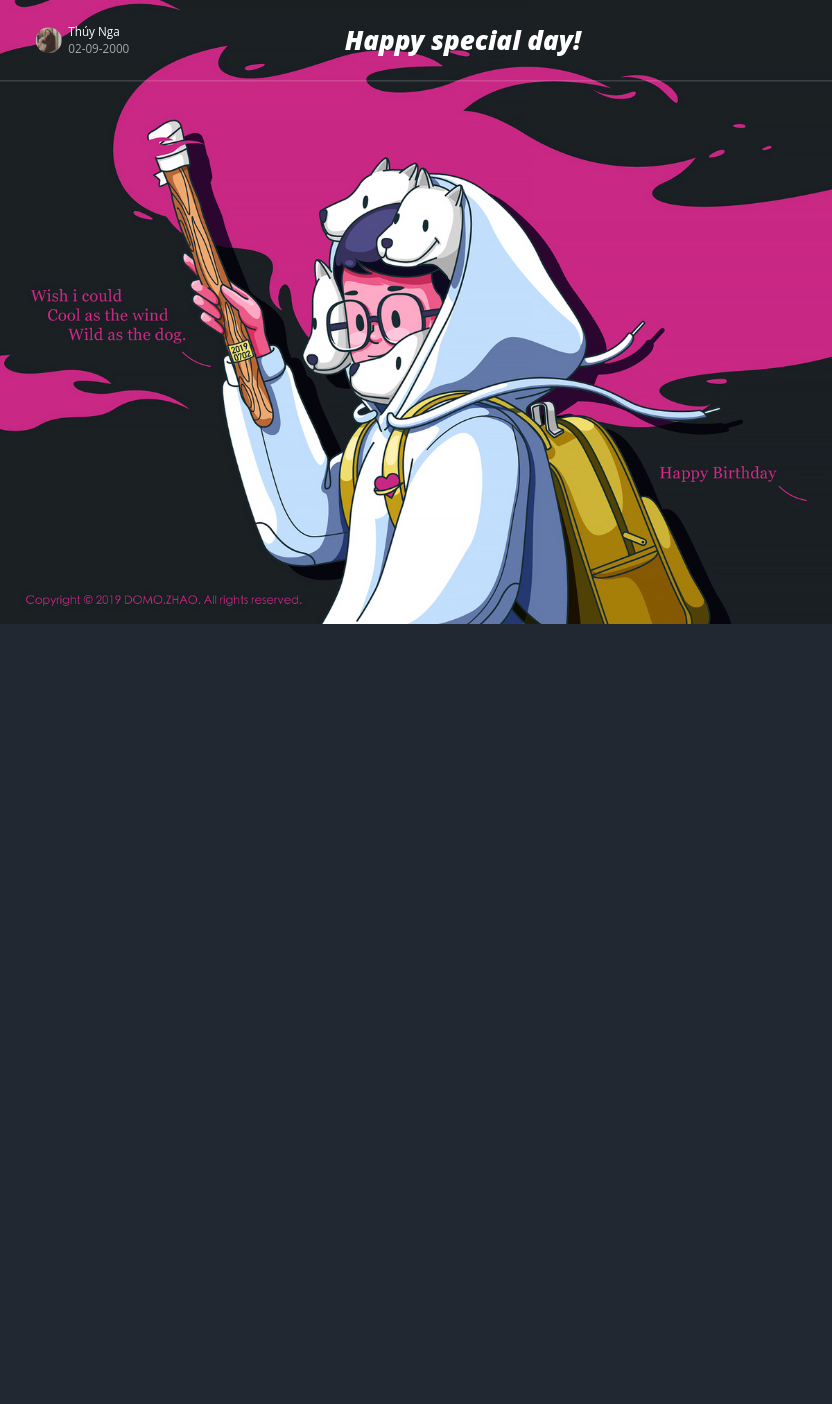
Repository: Datt21/p-happyB
Page: index.html
An editor plug-in stored every save of this project. The page is shown before and after the next save, followed by the edit.
The browser window is 1280 px wide. The pictures show the whole page, at 65% of full size.
Some icons come from a web library that is not loaded, so they are not drawn.

Above is the page before, as saved 2021-08-31 04:58:00.

After the next save:
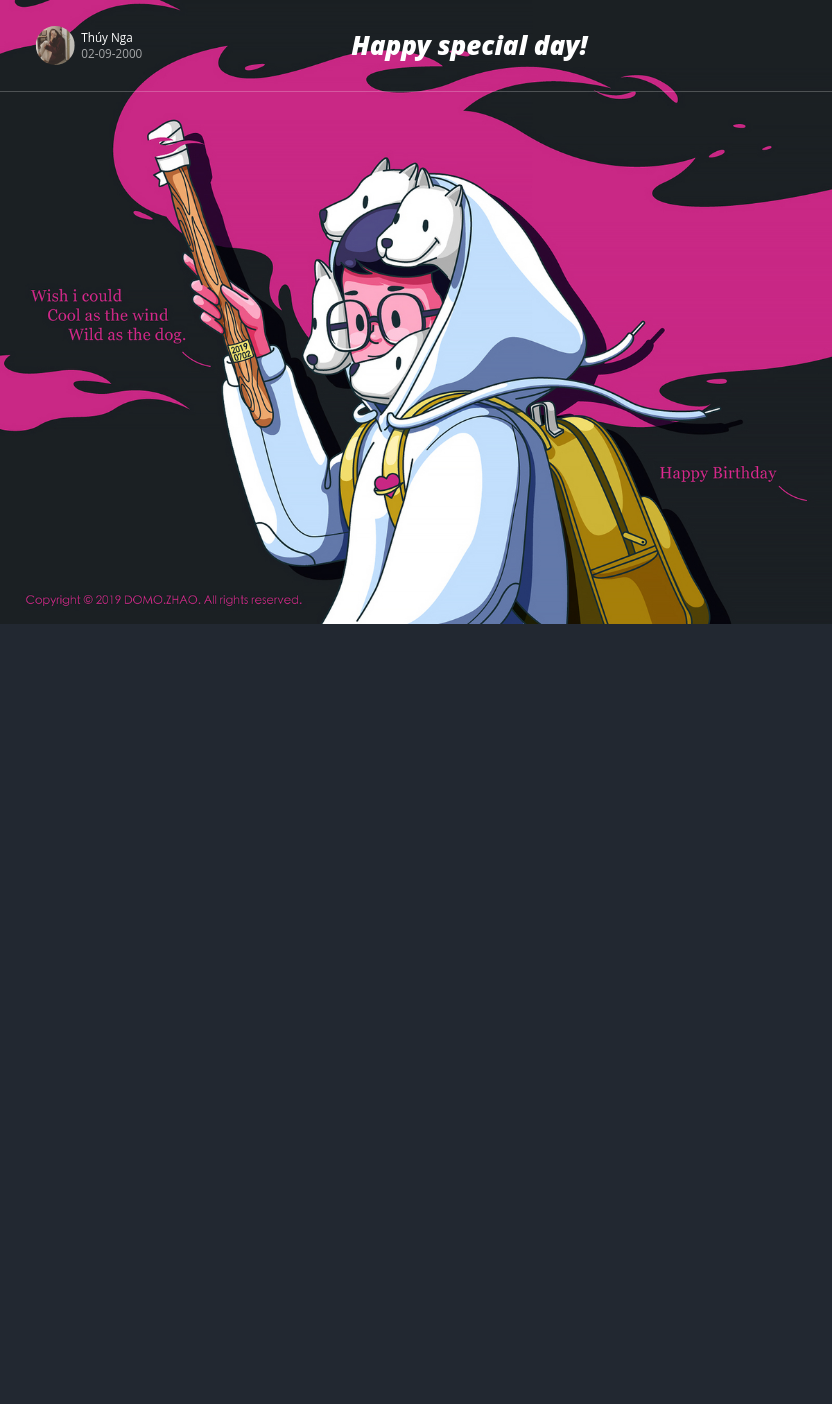
Saved 44 s later.
--- a/app.css
+++ b/app.css
@@ -67,8 +67,8 @@ main {
 }
 
 .img-logo {
-    width: 40px;
-    height: 40px;
+    width: 60px;
+    height: 60px;
     border-radius: 50%;
 }
 
